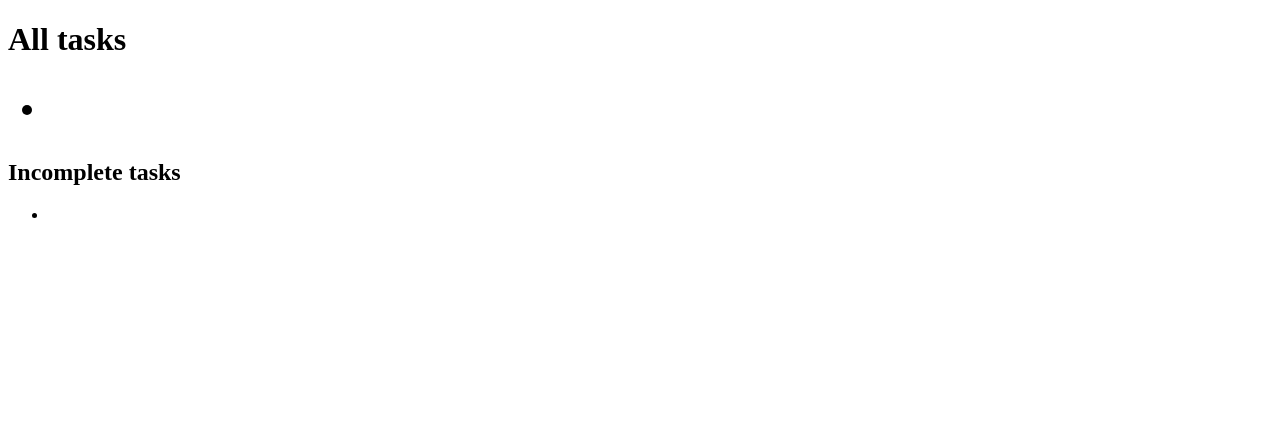
Repository: Samtrapskin/Time-to-learn-Vue.JS
Page: lara.html
An editor plug-in stored every save of this project. The page is shown before and after a run of saves, followed by the edit.
The browser window is 1280 px wide. The pictures show the whole page.
Some web libraries are served in a nearby version.

Above is the page before, as saved 2018-07-03 13:49:19.
Console error: SyntaxError: Unexpected token '{'

After the next 2 saves:
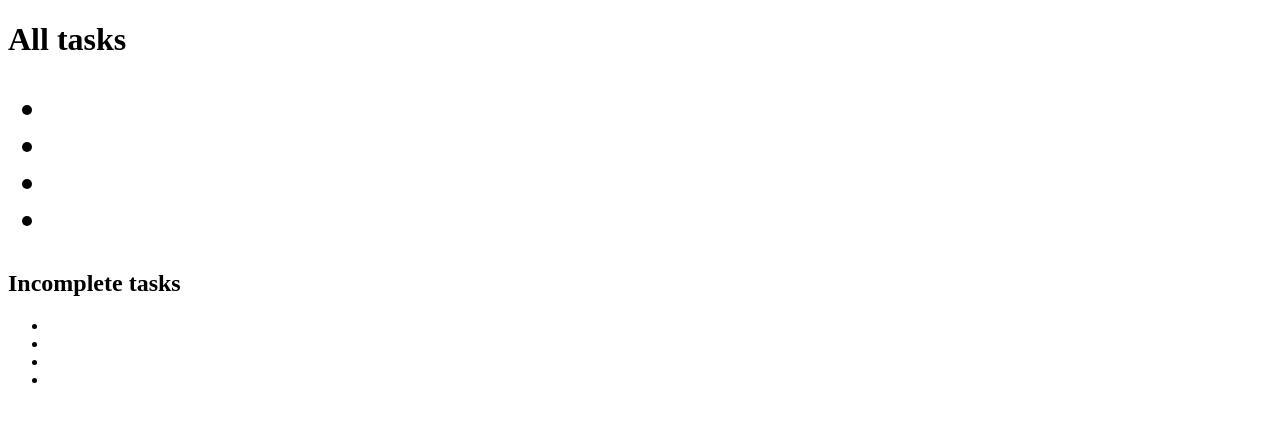
The error is gone.
The 2 saves are shown as one change because they came seconds apart.
The last was saved 11 s later.
--- a/lara.html
+++ b/lara.html
@@ -32,9 +32,8 @@
                         {description: "paint basement", completed: false},
                         {description: "walk the dog", completed: true},
                         {description: "do the dishes",completed: true},
-                        {decription: "bang the old wife"}
-                        {}
-                        {}
+                        {decription: "bang the old wife", completed:false}
+
                     ]
 
 
